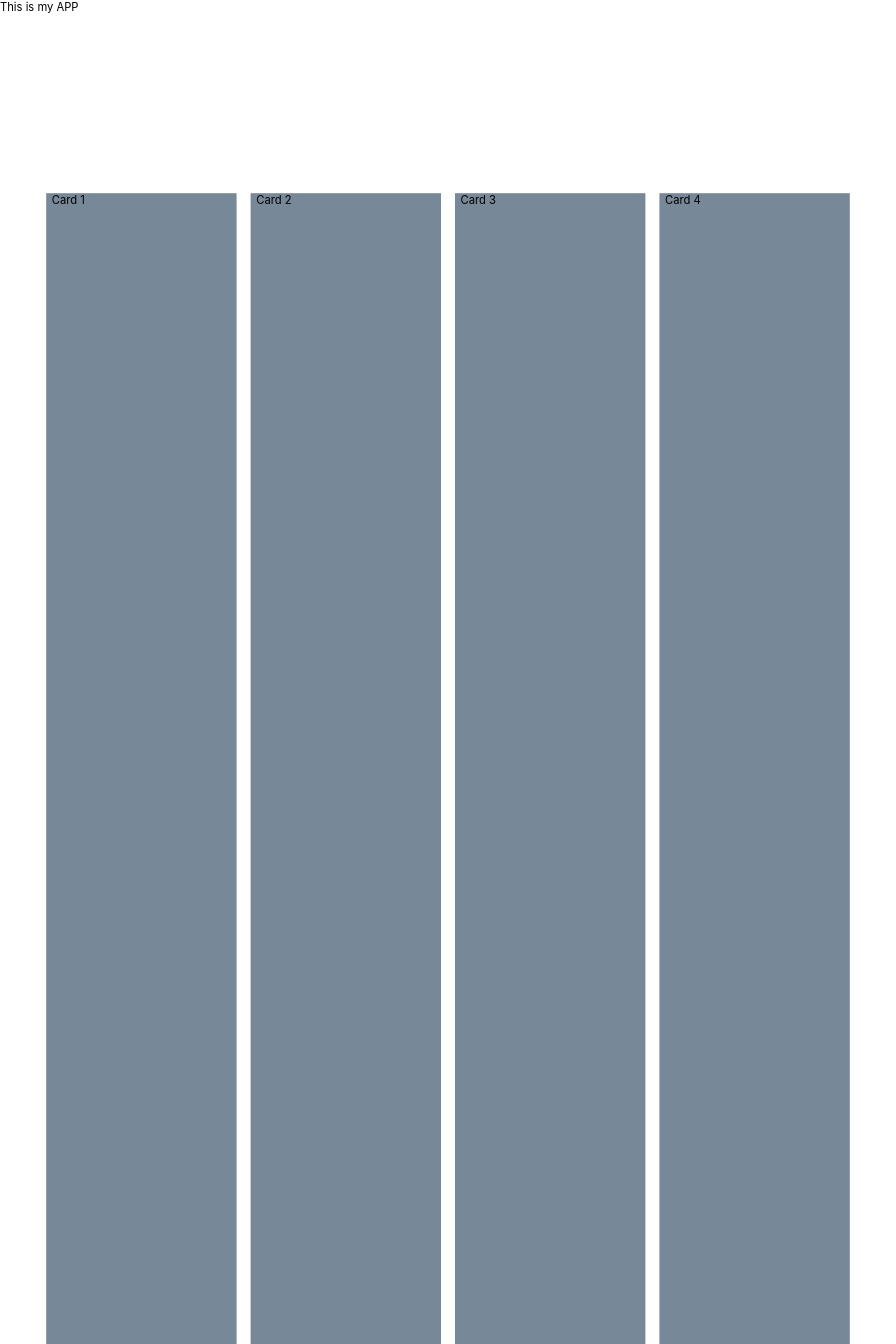
Repository: vnevescode/ui-components-react
Page: /
An editor plug-in stored every save of this project. The page is shown before and after the next save, followed by the edit.
The browser window is 1280 px wide. The pictures show the part of the page from y = 0 to 1920 px (the page is 6696 px tall before and 720 px after), at 70% of full size.
The project was rebuilt for these pictures with package versions that can differ from the ones it lists, and the page was loaded fresh each time.

Above is the page before, as saved 2022-06-09 22:25:10.

### src/App.js
import React from 'react';
import Cards from './components/Cards/Cards';

function App() {
  return (
    <div className="App">
      <div>This is my APP</div>
      <Cards/>
    </div>
  );
}

export default App;

### src/components/Cards/Cards.jsx
import React from 'react'
import './Cards.style.css'

const Cards = () => {
  return (
    <>
        <div className="cards">
            {/* A card with given width */}
            <div className="cards__item">
                {'Card 1'}
            </div>
            {/* Repeat other cards */}
            <div className="cards__item">
                {'Card 2'}
            </div>
            <div className="cards__item">
                {'Card 3'}
            </div>
            <div className="cards__item">
                {'Card 4'}
            </div>
            <div className="cards__item">
                {'Card 5'}
            </div>
            <div className="cards__item">
                {'Card 6'}
            </div>
            <div className="cards__item">
                {'Card 7'}
            </div>
            <div className="cards__item">
                {'Card 8'}
            </div>
        </div>
    </>
  )
}

export default Cards

### src/components/Cards/Cards.style.css

.cards{
    display: flex;
    /* flex-direction: column; */
    justify-content: center;
    flex-wrap: wrap;
    gap: 20px;
    width: 100%;
    margin-top: 20%;
}

.cards__item{
    /* width: 50px;*/
    height: 200rem;
    flex-basis: 20%;
    padding-left: 8px;
    padding-right: 8px;
    background-color: lightslategray;
}

Loaded but not shown: public/index.html (common file); src/index.js (common file); src/index.css (common file)

After the next save:
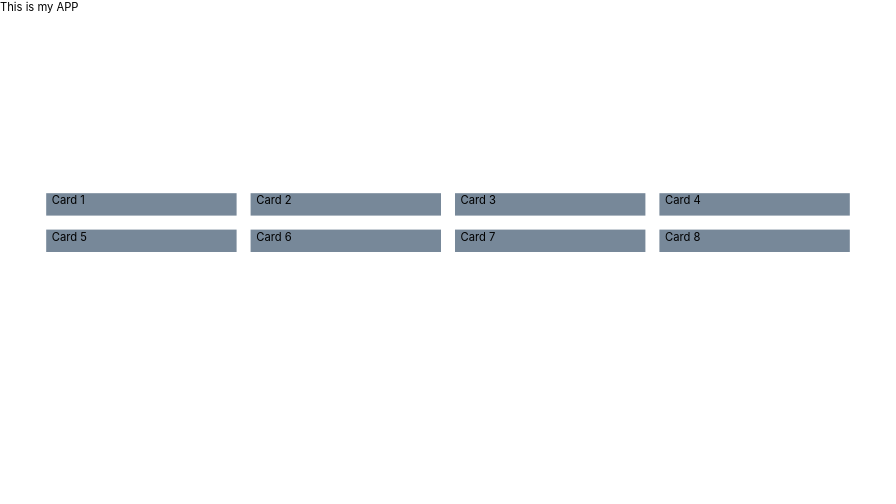
Saved 4 s later.
--- a/src/components/Cards/Cards.style.css
+++ b/src/components/Cards/Cards.style.css
@@ -11,7 +11,7 @@
 
 .cards__item{
     /* width: 50px;*/
-    height: 200rem;
+    height: 2rem;
     flex-basis: 20%;
     padding-left: 8px;
     padding-right: 8px;
